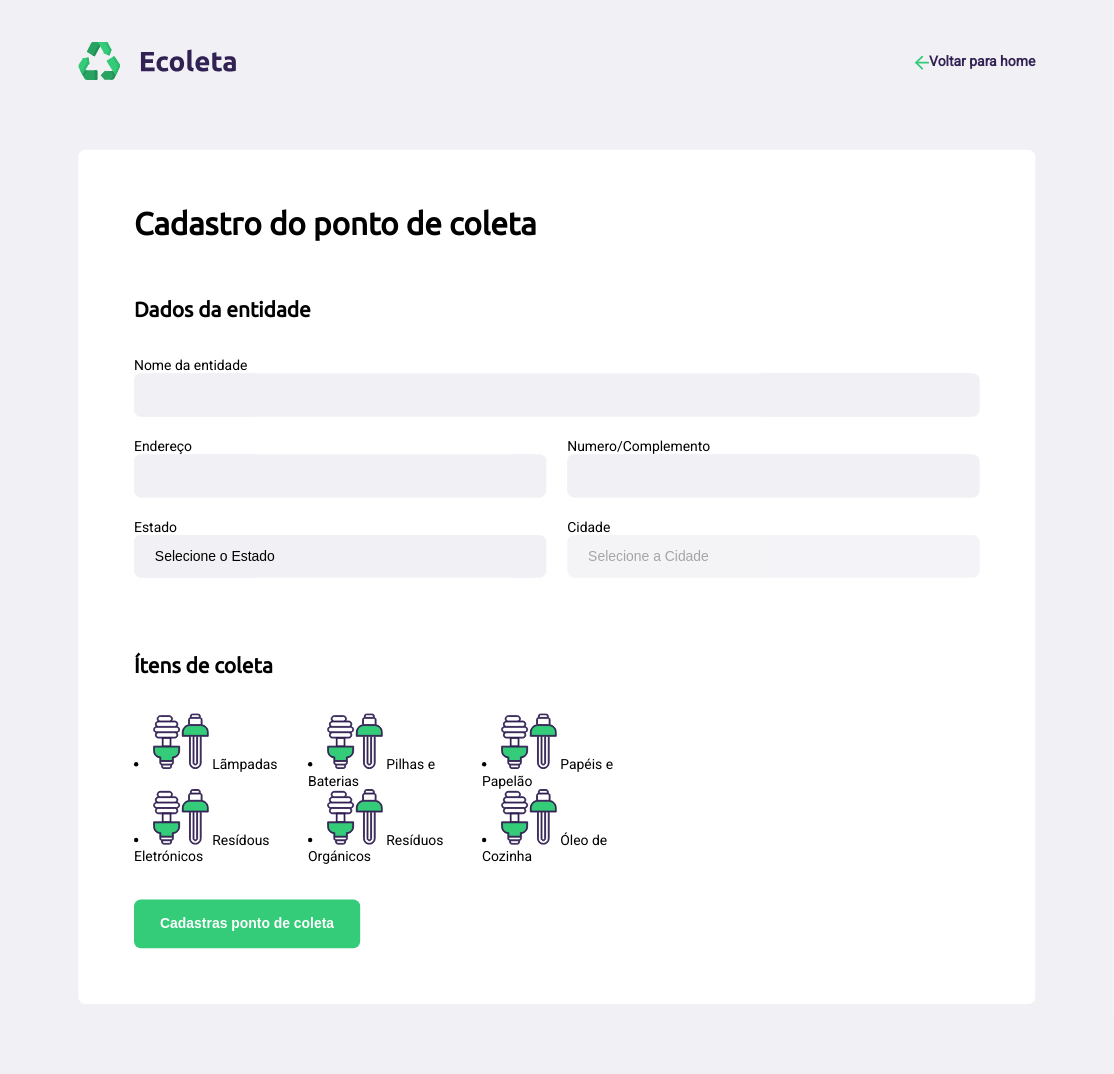
Repository: ivobass/NextLevelWeek
Page: create-point.html
These files come from the project's save history. The page is drawn as it stood at one moment and after the next save; the edit follows.
The browser window is 1280 px wide. The pictures show the whole page, at 87% of full size.
The page's requests for data from a server got no answer.

Above is the page before, as saved 2020-06-03 21:10:41.

After the next save:
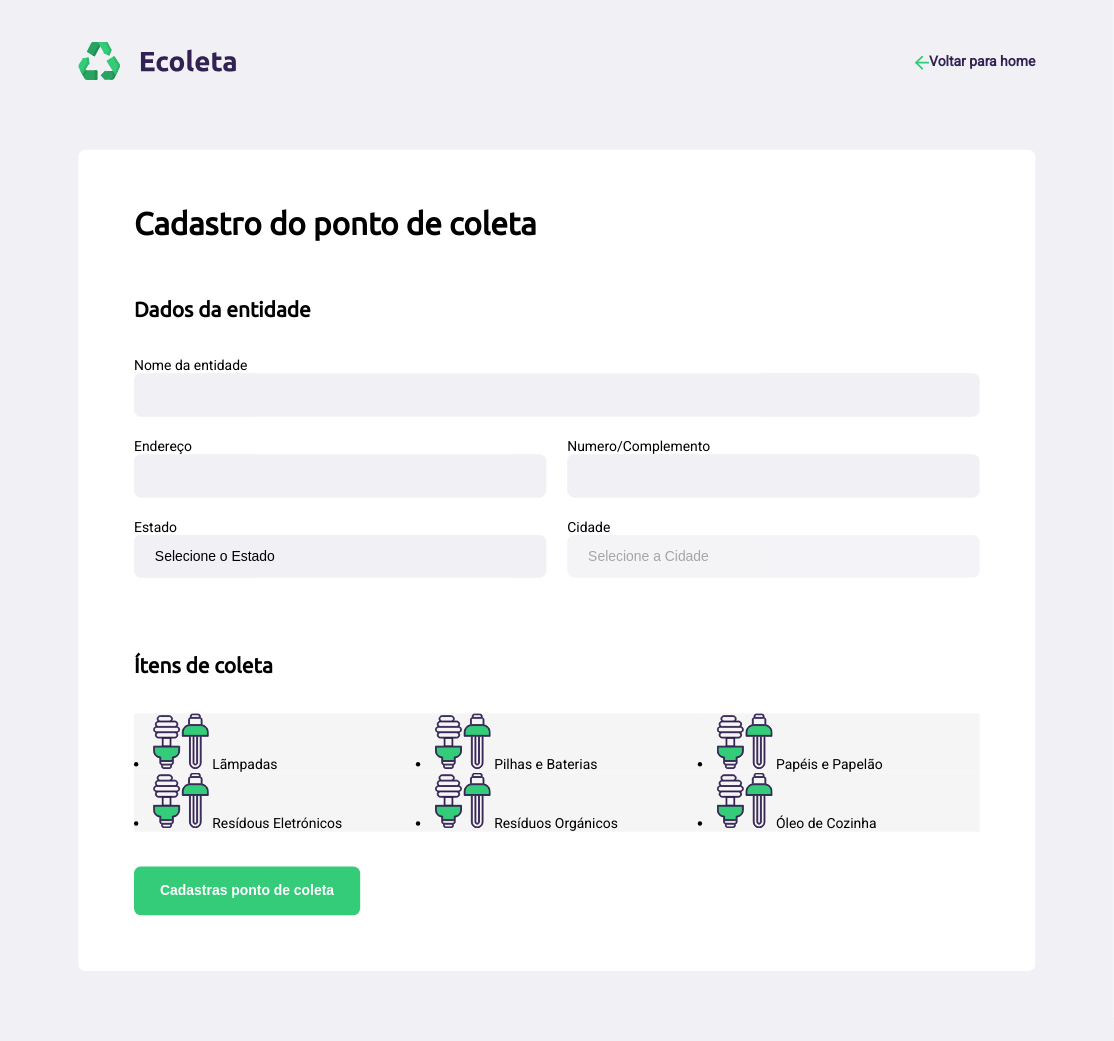
Saved 92 s later.
--- a/styles/create-point.css
+++ b/styles/create-point.css
@@ -112,5 +112,9 @@ form button:hover {
 
 .items-grid {
     display: grid;
-    grid-template-columns: 200px 200px 200px;
+    grid-template-columns: 1fr 1fr 1fr;
 }
+
+.items-grid li {
+    background-color: #f5f5f5;
+}
